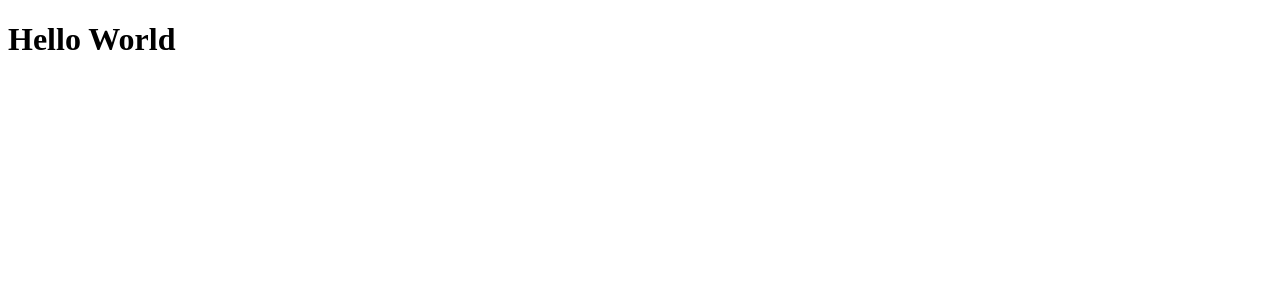
Repository: Abdulkareem025/Devops
Page: server/build/index.html
The author's editor kept a copy of each file at every save. The page is drawn from the files as they stood at one save, then again after the next save.
The browser window is 1280 px wide. The pictures show the whole page.

Above is the page before, as saved 2025-11-07 12:51:11.

After the next save:
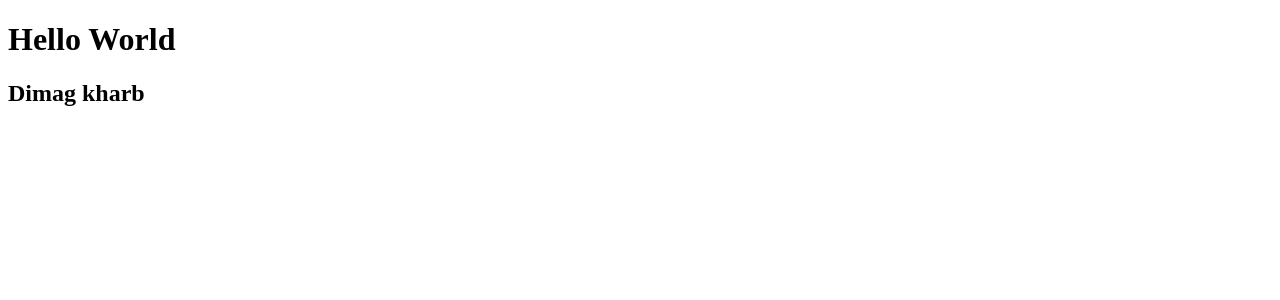
Saved 5 s later.
--- a/server/build/index.html
+++ b/server/build/index.html
@@ -8,7 +8,7 @@
 <body>
     <div>
         <h1>Hello World</h1>
-        <h2></h2>
+        <h2>Dimag kharb</h2>
     </div>
 </body>
 </html>
